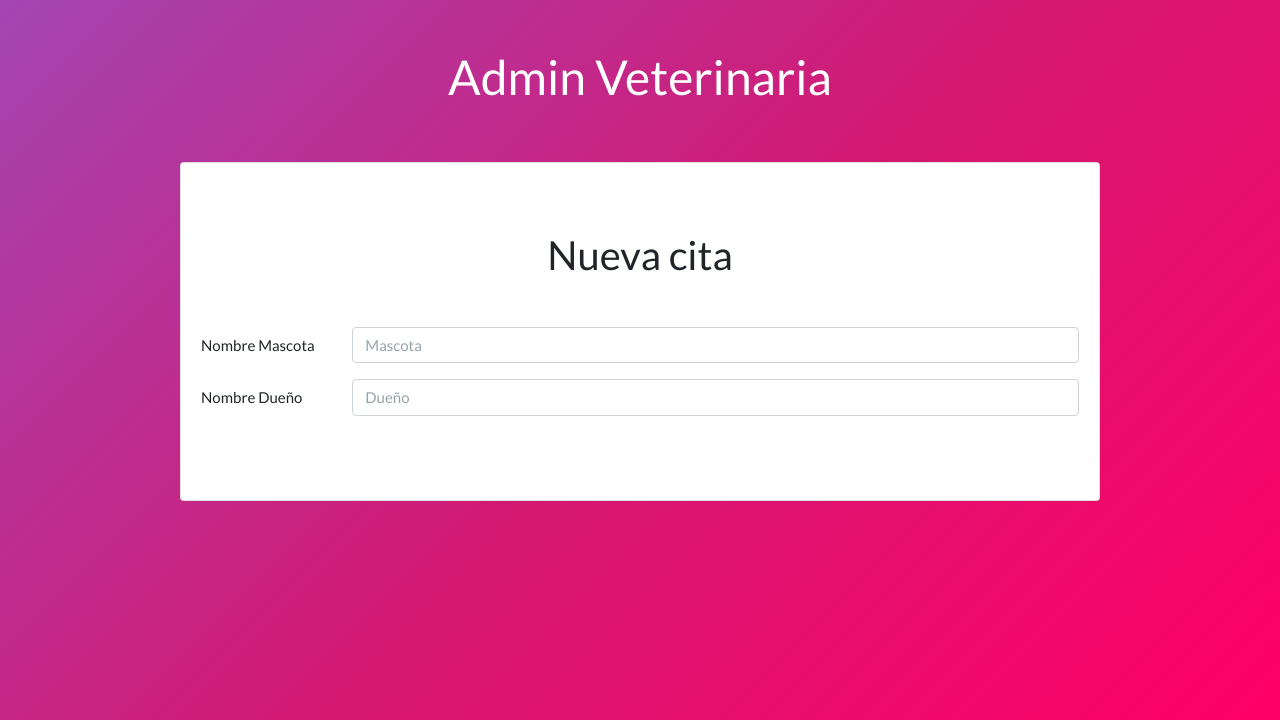
Repository: ppfeliuu/Veterinaria
Page: /
These files come from the project's save history. The page is drawn as it stood at one moment and after the next save; the edit follows.
The browser window is 1280 px wide. The pictures show the whole page.
The project was rebuilt for these pictures with package versions that can differ from the ones it lists, and the page was loaded fresh each time.

Above is the page before, as saved 2019-06-17 17:12:50.

### src/index.css
/* body {
  margin: 0;
  font-family: -apple-system, BlinkMacSystemFont, "Segoe UI", "Roboto", "Oxygen",
    "Ubuntu", "Cantarell", "Fira Sans", "Droid Sans", "Helvetica Neue",
    sans-serif;
  -webkit-font-smoothing: antialiased;
  -moz-osx-font-smoothing: grayscale;
}

code {
  font-family: source-code-pro, Menlo, Monaco, Consolas, "Courier New",
    monospace;
}
 */

 html {
  min-height: 100%;
}
body {
  margin: 0;
  padding: 0;
  font-family: sans-serif;
  background-image: linear-gradient(-225deg, #A445B2 0%, #D41872 52%, #FF0066 100%);
  min-height: 100%;
  padding-bottom: 5rem;
}

header {
  margin-top: 3rem;
}
header h1 {
  color: white;
}
.lista-citas .media {
  border-bottom: 1px solid #e1e1e1;
  padding-bottom: 3rem;
}

.lista-citas .media:last-of-type{
  border-bottom: 0;
}
.lista-citas .media-body p {
  margin:0;
}
.lista-citas .media-body button {
  margin-top: 1rem!important;
}
.lista-citas .media-body span {
  font-weight: bold;
}
.col-form-label {
  font-size: 12px;
}

### src/App.js
import React, { Component } from 'react';
import './bootstrap.min.css'
import Header from './components/Header';
import NuevaCita from './components/NuevaCita'

class App extends Component {

  state = {}

  render() {
    return(
      <div class="container">
        <Header
          titulo='Admin Veterinaria' />

        <div  className="row">
          <div className="col-md-10 mx-auto">
            <NuevaCita />
          </div>
        </div>
      </div>
    );
  }
}

export default App;

### src/components/Header.js
import React from 'react';

const Header = ({titulo}) => (
    <header>
        <h1 className="text-center">{titulo}</h1>
    </header>
);

export default Header;

### src/components/NuevaCita.js
import React,{ Component } from 'react';

class NuevaCita extends Component {


    state = {  }


    render() {
        return (
            <div className="card mt-5 py-5">
                <div className="card-body">
                    <h2 className="card-title text-center mb-5">
                        Nueva cita
                    </h2>

                    <form>
                        <div class="form-group row">
                          <label className="col-sm-4 col-lg-2 col-form-label">Nombre Mascota</label>
                          <div className="col-sm-8 col-lg-10">
                            <input
                                type="text"
                                name="mascota"
                                id=""
                                className="form-control"
                                placeholder="Mascota" />
                          </div>
                        </div>

                        <div class="form-group row">
                          <label className="col-sm-4 col-lg-2 col-form-label">Nombre Dueño</label>
                          <div className="col-sm-8 col-lg-10">
                            <input
                                type="text"
                                name="propietario"
                                id=""
                                className="form-control"
                                placeholder="Dueño" />
                          </div>

                        </div>
                    </form>
                </div>
            </div>
         );
    }
}

export default NuevaCita;

Loaded but not shown: public/index.html (common file); src/index.js (common file); src/serviceWorker.js (common file); src/bootstrap.min.css (library)

After the next save:
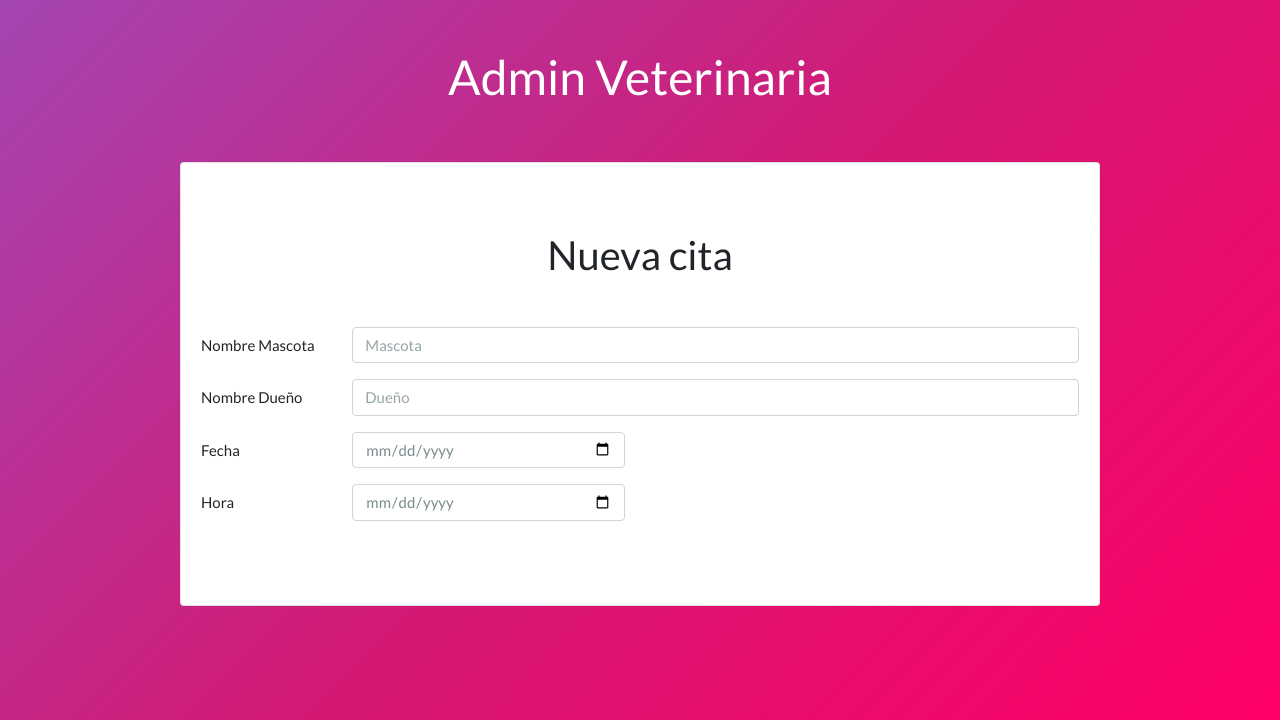
Saved 67 s later.
--- a/src/components/NuevaCita.js
+++ b/src/components/NuevaCita.js
@@ -37,7 +37,30 @@ class NuevaCita extends Component {
                                 className="form-control"
                                 placeholder="Dueño" />
                           </div>
+                        </div>
 
+                        <div class="form-group row">
+                          <label className="col-sm-4 col-lg-2 col-form-label">Fecha</label>
+                          <div className="col-sm-8 col-lg-4">
+                            <input
+                                type="date"
+                                name="fecha"
+                                id=""
+                                className="form-control"
+                                placeholder="Mascota" />
+                          </div>
+                        </div>
+
+                        <div class="form-group row">
+                          <label className="col-sm-4 col-lg-2 col-form-label">Hora</label>
+                          <div className="col-sm-8 col-lg-4">
+                            <input
+                                type="date"
+                                name="fecha"
+                                id=""
+                                className="form-control"
+                                placeholder="Mascota" />
+                          </div>
                         </div>
                     </form>
                 </div>
